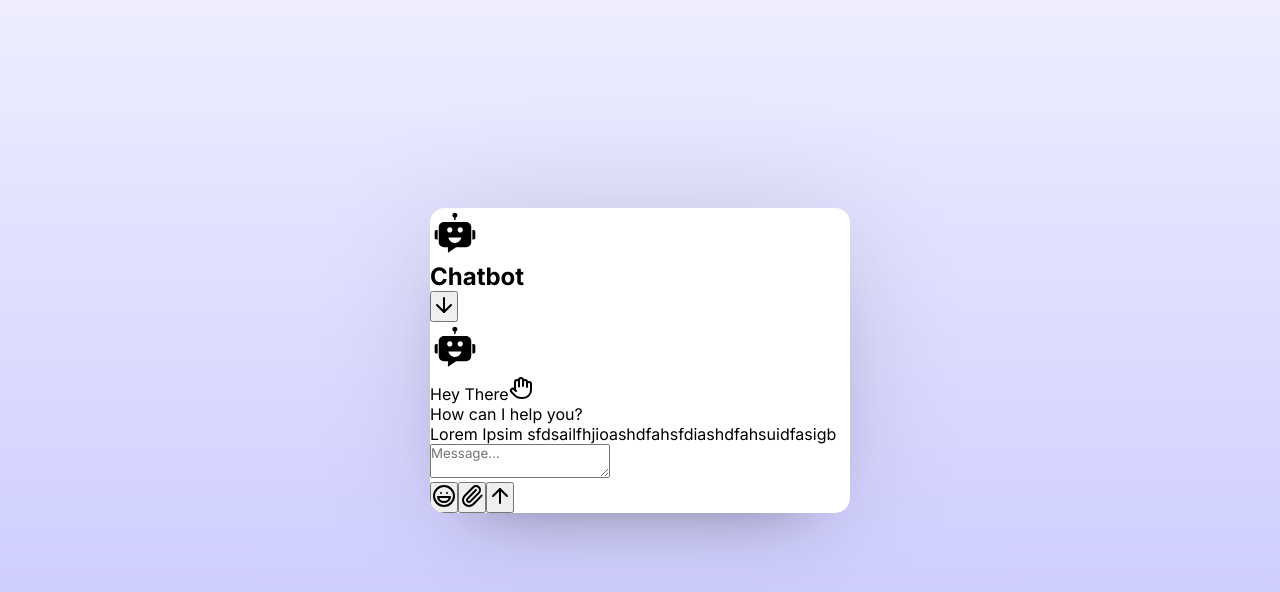
Repository: guilhermecardoso93/ai-bot
Page: /
These files come from the project's save history. The page is drawn as it stood at one moment and after the next save; the edit follows.
The browser window is 1280 px wide. The pictures show the whole page.
The project was rebuilt for these pictures with package versions that can differ from the ones it lists, and the page was loaded fresh each time. Also part of the build but not shown: vite.config.js.

Above is the page before, as saved 2024-11-11 20:15:58.

After the next save:
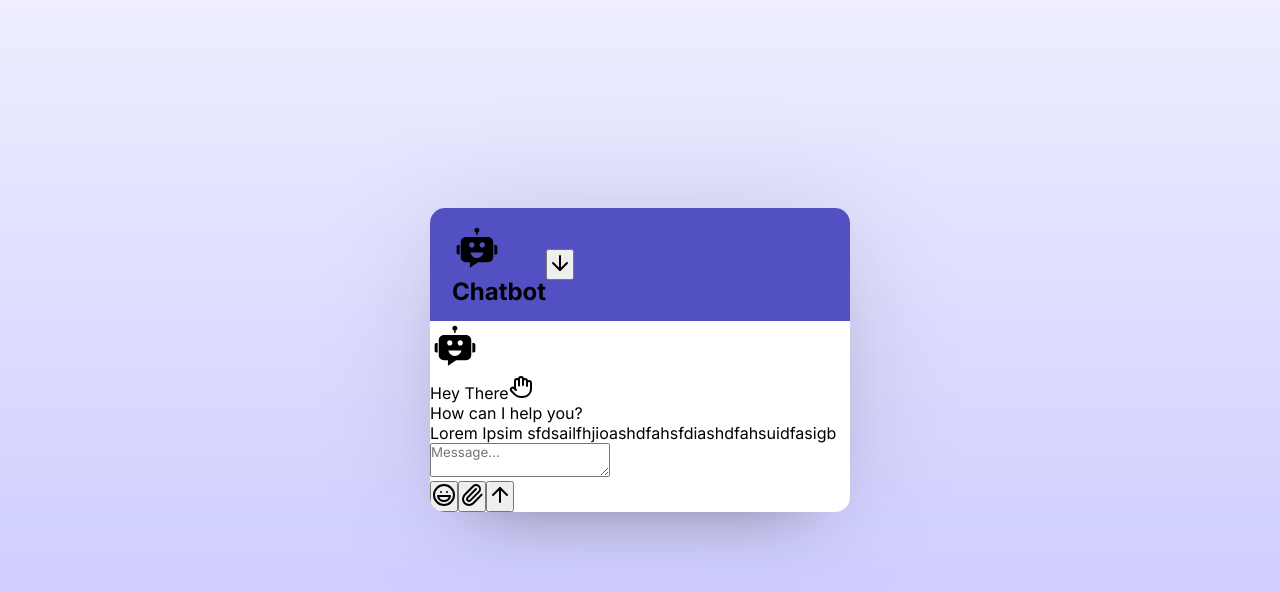
Saved 38 s later.
--- a/src/index.css
+++ b/src/index.css
@@ -27,5 +27,12 @@ body {
   background: #ffff;
   overflow: hidden;
   border-radius: 15px;
-  box-shadow: 0 0 128px rgba(0, 0, 0, 0.1), 0 32px 64px -48px rgba(0, 0,0, 0.5);
+  box-shadow: 0 0 128px rgba(0, 0, 0, 0.1), 0 32px 64px -48px rgba(0, 0, 0, 0.5);
 }
+
+.chat-header {
+  display: flex;
+  align-items: center;
+  background-color: #5350c4;
+  padding: 15px 22px;
+}
